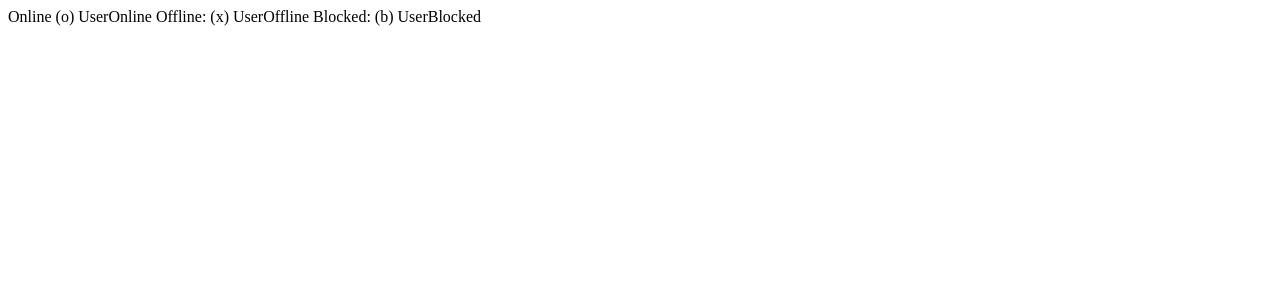
Repository: nevinleiby/SwapRC
Page: frame_users.html
The author's editor kept a copy of each file at every save. The page is drawn from the files as they stood at one save, then again after the next save.
The browser window is 1280 px wide. The pictures show the whole page.

Above is the page before, as saved 2019-09-08 01:43:58.

After the next save:
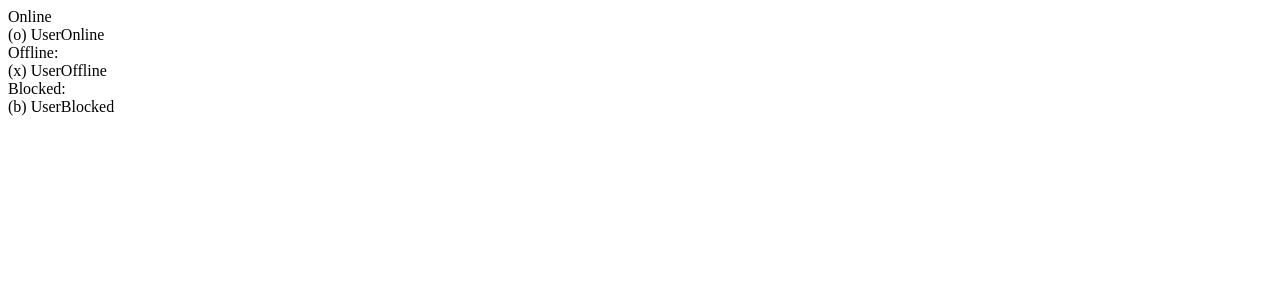
Saved 39 s later.
--- a/frame_users.html
+++ b/frame_users.html
@@ -3,13 +3,13 @@
         Users
     </title>
     <body>
-        Online
-        (o) UserOnline
+        Online<br>
+        (o) UserOnline<br>
 
-        Offline:
-        (x) UserOffline
+        Offline:<br>
+        (x) UserOffline<br>
 
-        Blocked:
-        (b) UserBlocked
+        Blocked:<br>
+        (b) UserBlocked<br>
     </body>
 </html>
